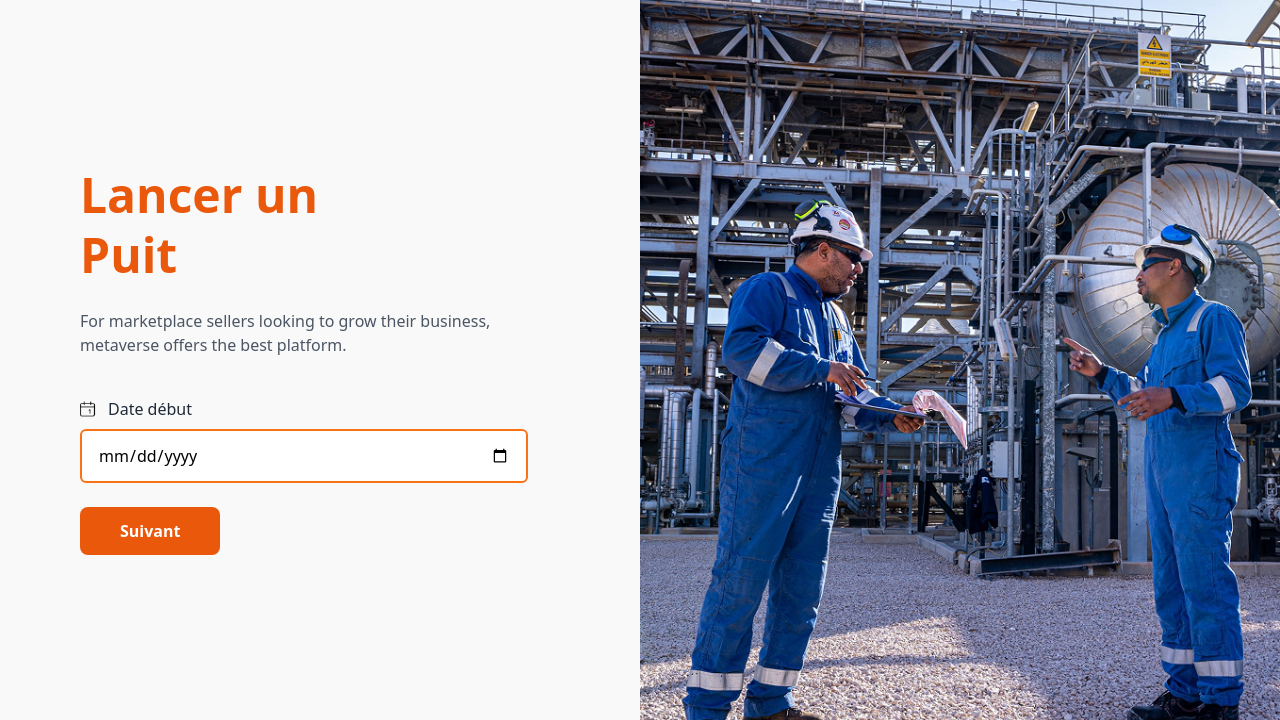
Repository: 123455675848484848484884848484/Projet_2cs
Page: /file (app in front/)
An editor plug-in stored every save of this project. The page is shown before and after the next save, followed by the edit.
The browser window is 1280 px wide. The pictures show the whole page.
The project was rebuilt for these pictures with package versions that can differ from the ones it lists, and the page was loaded fresh each time. Also part of the build but not shown: front/src/App.css, front/src/Login.jsx.

Above is the page before, as saved 2025-04-23 17:54:24.

After the next save:
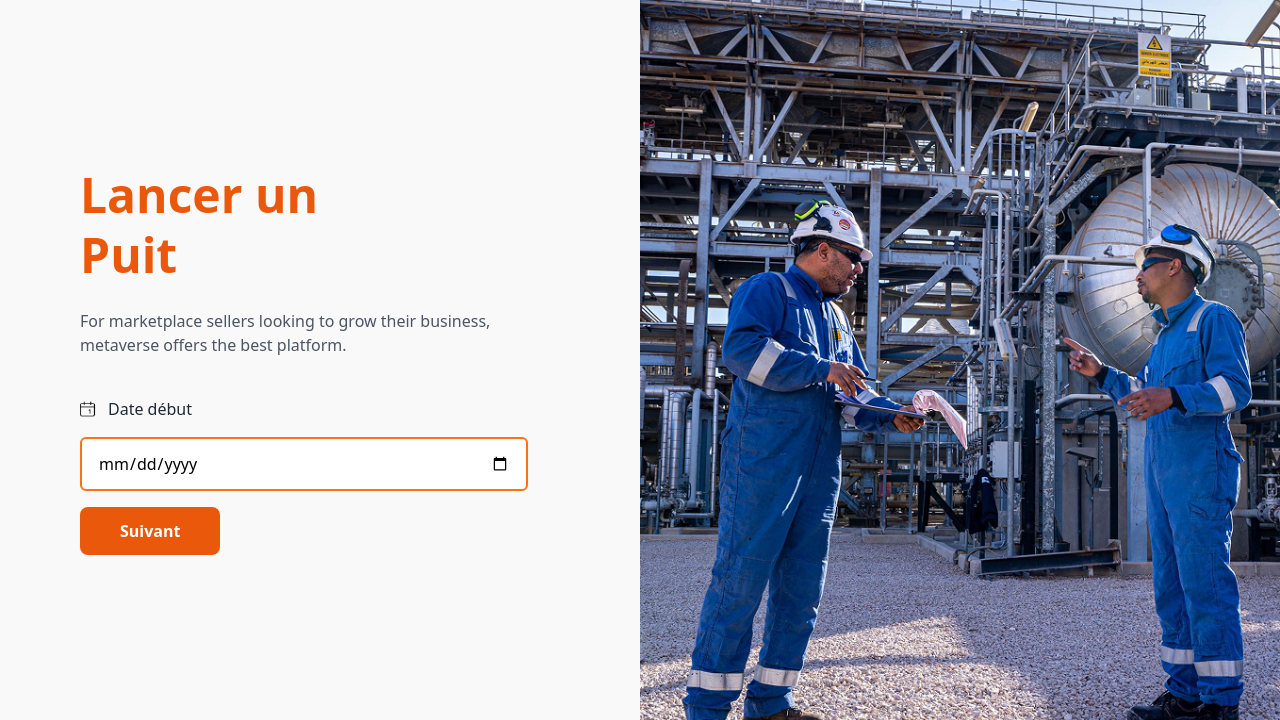
Saved 70 s later.
--- a/front/src/LancerPuit.jsx
+++ b/front/src/LancerPuit.jsx
@@ -20,32 +20,36 @@ const LancerPuit = () => {
           <p className="text-[16px] text-gray-600 mt-6 mb-10">
             For marketplace sellers looking to grow their business, metaverse offers the best platform.
           </p>
+          <form onSubmit={handleSubmit} className="space-y-6 text-left">
+  <div className="space-y-4">
+    {/* Label avec icône */}
+    <div className="flex items-center gap-2">
+      <img src="/date.png" alt="date icon" className="w-5 h-5" />
+      <label htmlFor="dateDebut" className="text-[16px] text-gray-800 font-medium">
+        Date début
+      </label>
+    </div>
 
-          <form onSubmit={handleSubmit} className="space-y-6">
-            <div>
-            <div className="flex items-center gap-2 mb-2">
-  <img src="/date.png" alt="date icon" className="w-5 h-5" />
-  <label htmlFor="dateDebut" className="text-[16px] text-gray-800 font-medium">
-    Date début
-  </label>
-</div>
-              <input
-                type="date"
-                id="dateDebut"
-                value={dateDebut}
-                onChange={(e) => setDateDebut(e.target.value)}
-                placeholder="jj/mm/aaaa"
-                className="w-full border-2 border-orange-500 rounded-md px-4 py-3 placeholder-gray-400 focus:outline-none focus:ring-2 focus:ring-orange-600"
-                required
-              />
-            </div>
-            <button
+    {/* Champ date */}
+    <input
+      type="date"
+      id="dateDebut"
+      value={dateDebut}
+      onChange={(e) => setDateDebut(e.target.value)}
+      placeholder="jj/mm/aaaa"
+      className="w-full border-2 border-orange-500 rounded-md px-4 py-3 placeholder-gray-400 focus:outline-none focus:ring-2 focus:ring-orange-600"
+      required
+    />
+
+    {/* Bouton parfaitement aligné */}
+    <button
       type="submit"
       className="bg-orange-600 hover:bg-orange-700 text-white text-[16px] font-semibold py-3 px-10 rounded-[8px] transition"
     >
       Suivant
     </button>
-          </form>
+  </div>
+</form>
         </div>
       </div>
 
